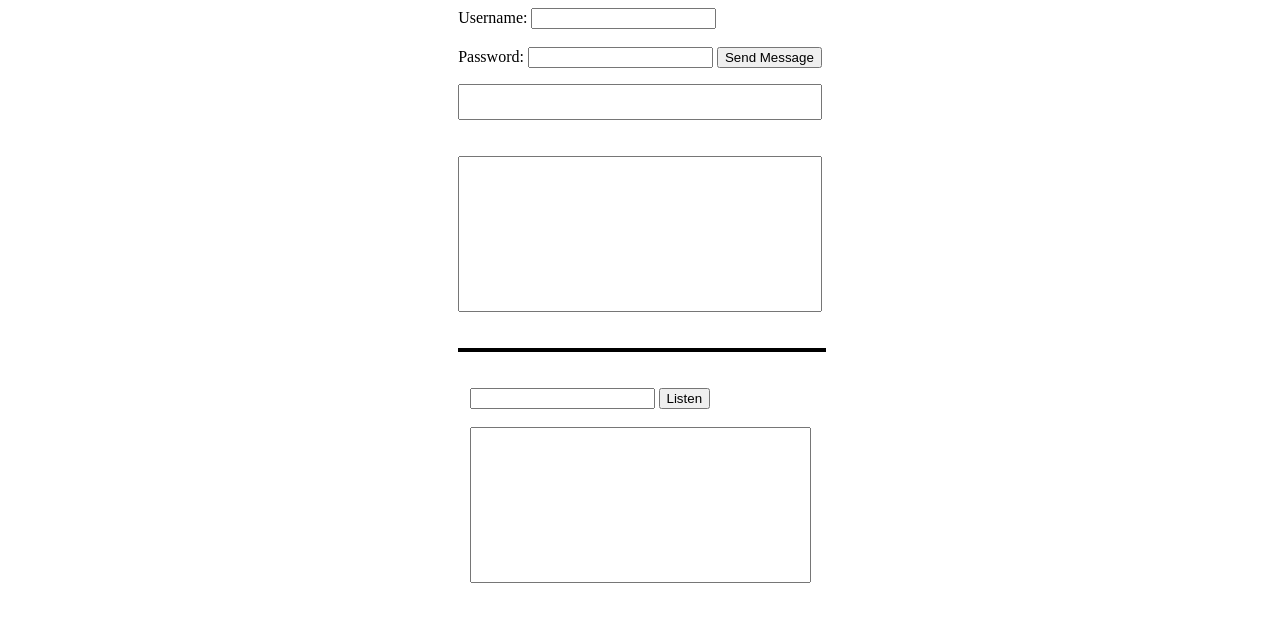
Repository: hosua/it-202
Page: http://localhost/
These files come from the project's save history. The page is drawn as it stood at one moment and after the next save; the edit follows.
The browser window is 1280 px wide. The pictures show the whole page.
The page is run by PHP 8.4 with error messages shown; the project is at /var/www/html/. Queries for data that is not in the repository find no rows.

Above is the page before, as saved 2022-12-02 05:21:55.

After the next save:
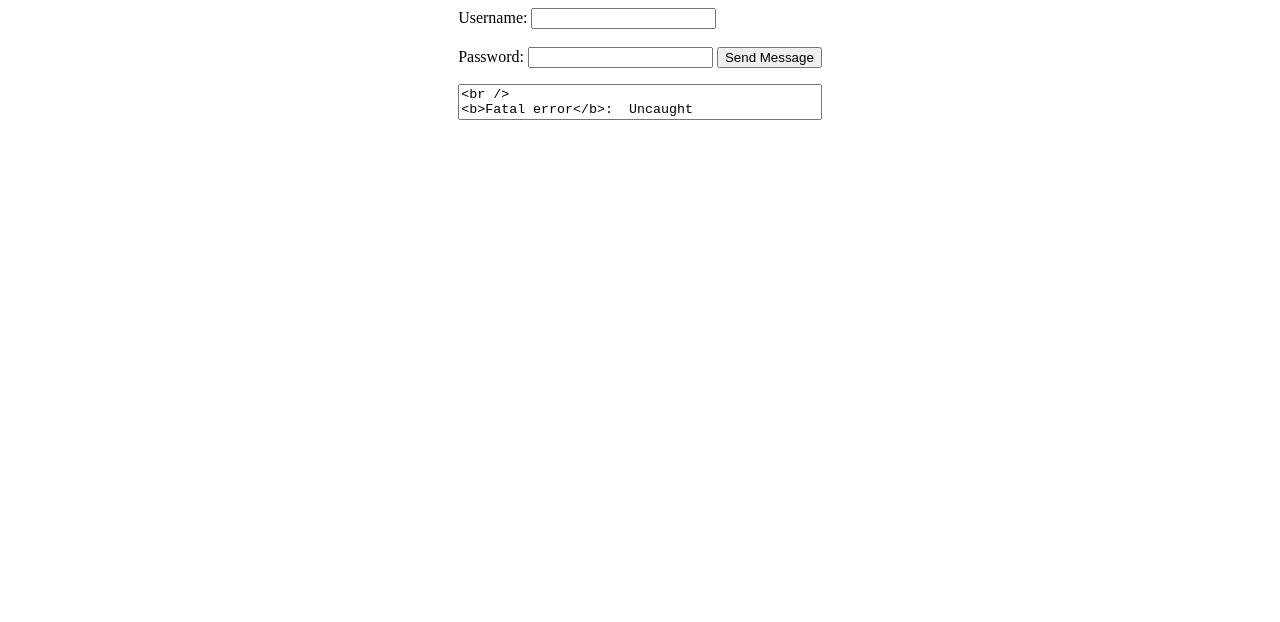
Saved 39 s later.
--- a/assign5/index.php
+++ b/assign5/index.php
@@ -6,9 +6,7 @@
 ini_set("display_errors", 1); // debugging
 ini_set("display_startup_errors", 1); // debugging
 
-$conn = mysqli_connect($dbserver, $dbuser, $dbpass, $dbname);
 if (mysqli_connect_errno()){ echo "Failed to connect to MySQL: " . mysqli_connect_error(); exit(); }
-$sql = "SELECT * FROM Users;";
 ?>
 
 <form method=post action="index.php">
@@ -22,6 +20,8 @@
 <textarea readonly id=active-users name=active-users cols=20 rows=2>
 <?php
 // list users
+$sql = "SELECT * FROM Users;";
+$conn->query()
 ?>
 </textarea>
 <br> <br>

After the save that followed:
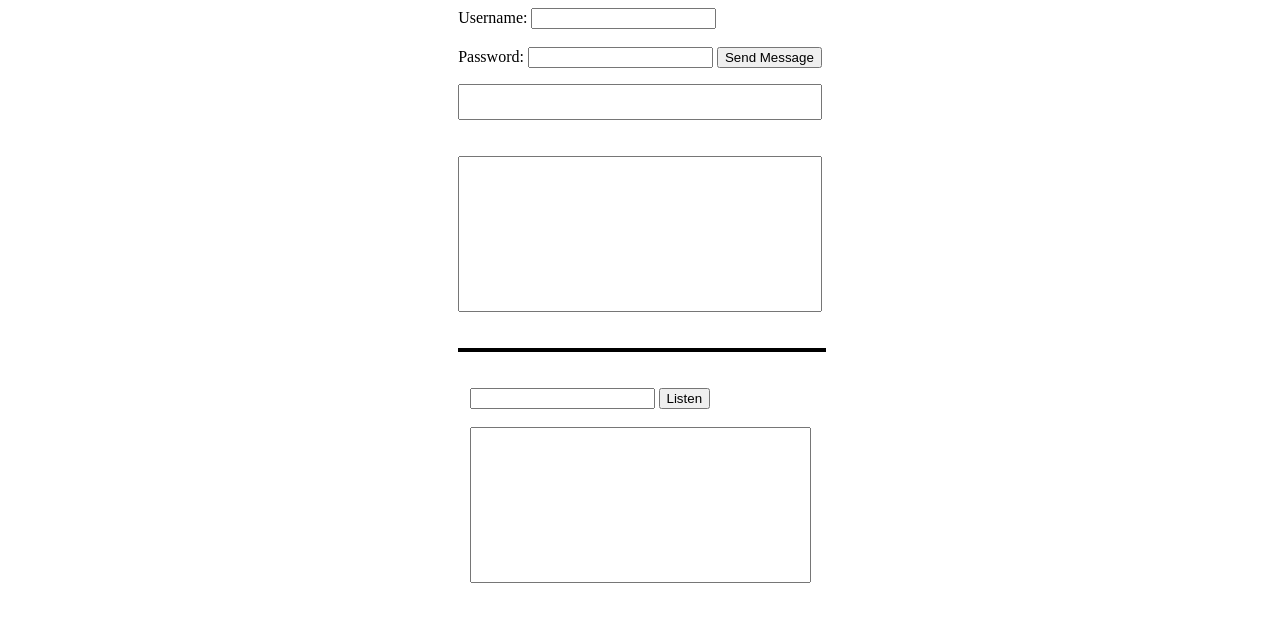
Saved 13 s later.
--- a/assign5/index.php
+++ b/assign5/index.php
@@ -21,7 +21,7 @@
 <?php
 // list users
 $sql = "SELECT * FROM Users;";
-$conn->query()
+$conn->query($sql);
 ?>
 </textarea>
 <br> <br>
